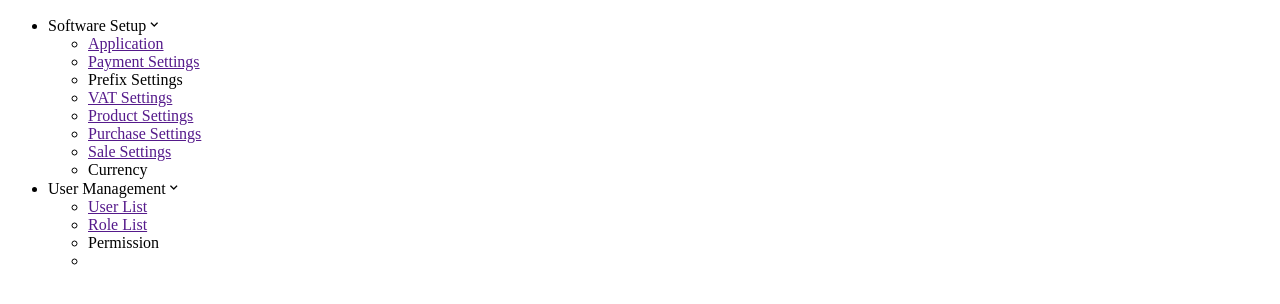
Repository: codebyaddro/pos-settings
Page: settings.html
The author's editor kept a copy of each file at every save. The page is drawn from the files as they stood at one save, then again after the next save.
The browser window is 1280 px wide. The pictures show the whole page.

Above is the page before, as saved 2025-02-16 13:27:22.

### settings.html
<!DOCTYPE html>
<html lang="en">
<head>
    <meta charset="UTF-8">
    <meta name="viewport" content="width=device-width, initial-scale=1.0">
    <!-- CSS -->
    <link rel="stylesheet" href="/css/settings.css">
    <!-- ICON -->
    <link href='https://unpkg.com/boxicons@2.1.4/css/boxicons.min.css' rel='stylesheet'>
    <title>Settings - Page</title>
</head>
<body>
    <div class="cba-settings-container">
        <div class="cba-settings-top-menubar">
            <ul>
                <li>
                    Software Setup<i class='bx bx-chevron-down'></i>
                    <ul>
                        <li><a href="">Application</a></li>
                        <li><a href="">Payment Settings</a></li>
                        <li><a href=""></a>Prefix Settings</li>
                        <li><a href="">VAT Settings</a></li>
                        <li><a href="">Product Settings</a></li>
                        <li><a href="">Purchase Settings</a></li>
                        <li><a href="">Sale Settings</a></li>
                        <li><a href=""></a>Currency</li>
                    </ul>
                </li>
                <li>
                    User Management<i class='bx bx-chevron-down'></i>
                    <ul>
                        <li><a href="">User List</a></li>
                        <li><a href="">Role List</a></li>
                        <li><a href=""></a>Permission</li>
                </li>
                <li><a href=""></a></li>
            </ul>
        </div>
    </div>
</body>
</html>

Loaded but not shown: css/settings.css (no copy from this time; the picture is the same without it)

After the next save:
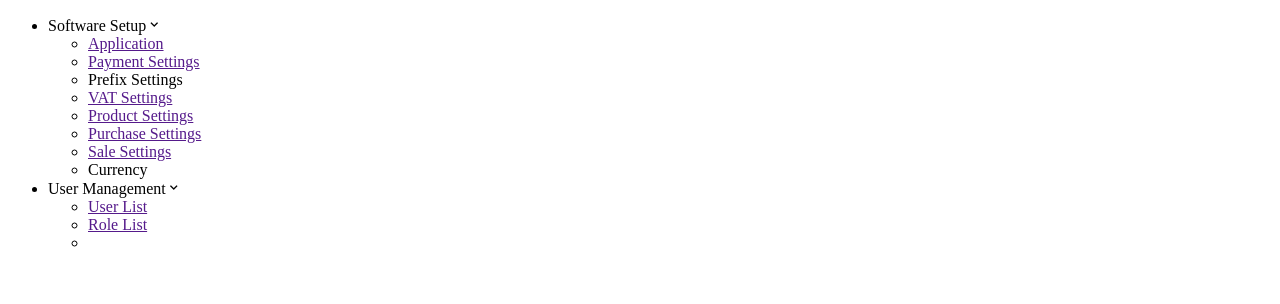
Saved 14 s later.
--- a/settings.html
+++ b/settings.html
@@ -31,7 +31,6 @@
                     <ul>
                         <li><a href="">User List</a></li>
                         <li><a href="">Role List</a></li>
-                        <li><a href=""></a>Permission</li>
                 </li>
                 <li><a href=""></a></li>
             </ul>
